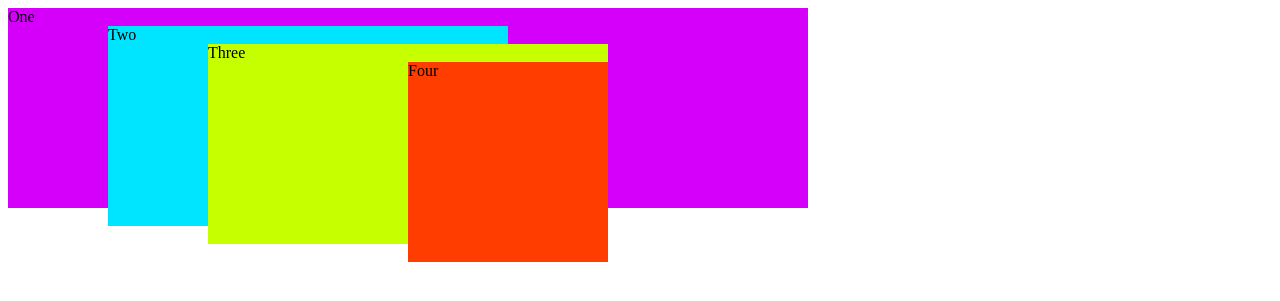
Repository: LavriaNeptune/css-basic
Page: position/z-index.html
These files come from the project's save history. The page is drawn as it stood at one moment and after the next save; the edit follows.
The browser window is 1280 px wide. The pictures show the whole page.

Above is the page before, as saved 2022-08-19 20:30:49.

### position/z-index.html
<!DOCTYPE html>
<html>
  <body>
    <style>
      #one {
        width: 800px;
        height: 200px;
        background-color: #d500f9;
      }
      #two {
        width: 400px;
        height: 200px;
        background-color: #00e5ff;
        position: relative;
        left: 100px;
      }
      #three {
        width: 400px;
        height: 200px;
        background-color: #c6ff00;
        position: relative;
        left: 100px;
      }
      #four {
        width: 200px;
        height: 200px;
        background-color: #ff3d00;
        position: relative;
        left: 200px;
      }
    </style>
  </body>
  <body>
    <div id="one">
      One
      <div id="two">
        Two
        <div id="three">
          Three
          <div id="four">Four</div>
        </div>
      </div>
    </div>
  </body>
</html>

After the next save:
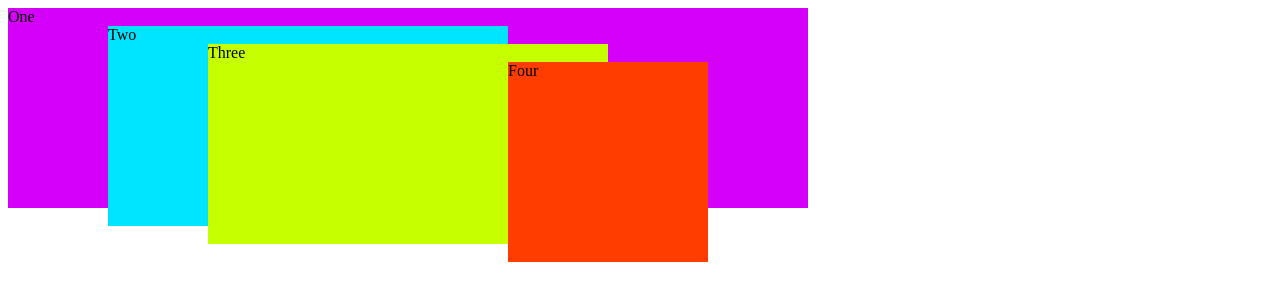
Saved 10 s later.
--- a/position/z-index.html
+++ b/position/z-index.html
@@ -26,7 +26,7 @@
         height: 200px;
         background-color: #ff3d00;
         position: relative;
-        left: 200px;
+        left: 300px;
       }
     </style>
   </body>

After the 6 saves that followed:
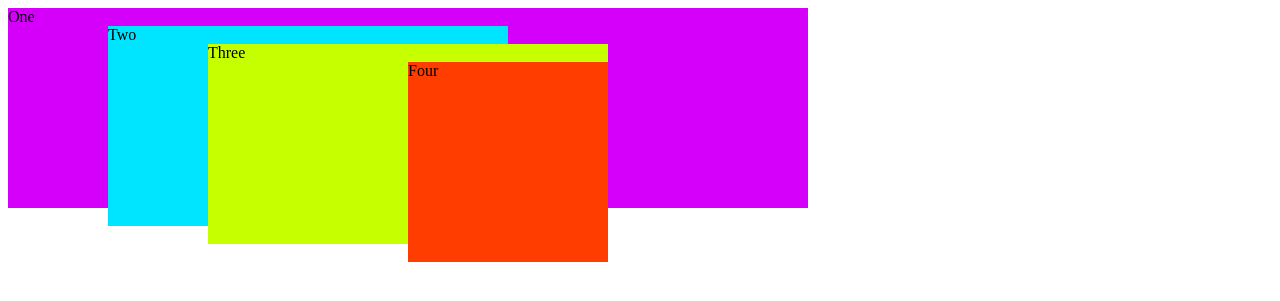
The 6 saves are shown as one change because 2 left the picture as it was and some came seconds apart.
The last was saved 65 s later.
--- a/position/z-index.html
+++ b/position/z-index.html
@@ -13,6 +13,8 @@
         background-color: #00e5ff;
         position: relative;
         left: 100px;
+
+        z-index: 100;
       }
       #three {
         width: 400px;
@@ -26,7 +28,7 @@
         height: 200px;
         background-color: #ff3d00;
         position: relative;
-        left: 300px;
+        left: 200px;
       }
     </style>
   </body>
